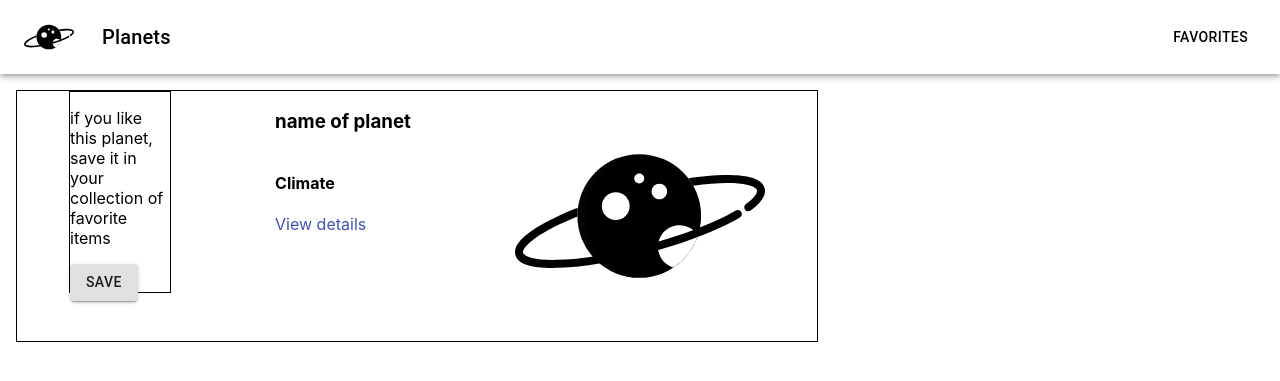
Repository: samridhie01/assignment
Page: /
These files come from the project's save history. The page is drawn as it stood at one moment and after the next save; the edit follows.
The browser window is 1280 px wide. The pictures show the whole page.
The page's requests for data from a server got no answer. The project was rebuilt for these pictures with package versions that can differ from the ones it lists, and the page was loaded fresh each time. No one was signed in, and anything a server would have sent is missing.

Above is the page before, as saved 2020-08-19 21:55:07.

### src/components/app/App.tsx
import React, { useEffect } from "react";
import axios, { AxiosResponse } from 'axios';
import { useStyles } from "./AppStyle";
import PropTypes from "prop-types";
import Header from "../header/Header";
import Planets from "../planets/Planets";



const App = () => {
  const classes = useStyles();

  useEffect( ()=>{
   const result = axios({
     method: 'GET',
     url: `https://swapi.dev/api/planets`
   }).then((response:AxiosResponse)=>{
    console.log( response.data.results);
   })



  })
  return (
    <>
    <Header />
    <Planets/>
    </>

  );
};
export default App;

### src/components/app/AppStyle.ts
import {makeStyles, createStyles, Theme} from '@material-ui/core/styles';



export const useStyles = makeStyles((theme: Theme) => createStyles({
  root: {
    flexGrow: 1,
  },
  menuButton: {
    marginRight: theme.spacing(2),
  },
  title: {
    flexGrow: 1,
  },

}));

### src/components/header/Header.tsx
import React from "react";
import AppBar from "@material-ui/core/AppBar";
import {Toolbar, makeStyles, createStyles, IconButton, Button,Theme} from "@material-ui/core";
import {ReactComponent as PlanetIcon} from "../../assets/planet.svg";
import Typography from "@material-ui/core/Typography";

const useStyles = makeStyles((theme: Theme) =>
  createStyles({
    root: {
      flexGrow: 1,
    },
    menuButton: {
      marginRight: theme.spacing(2),
    },
    title: {
      flexGrow: 1,
    },
    logo: {
       width: 50,
       height: 50
      },
  }),
);


const Header =  ()=>{
    const classes=useStyles();
return(
<AppBar color="inherit"  position="static">
    <Toolbar>
        <IconButton edge="start" className={classes.menuButton} color="inherit" aria-label="menu">
        <PlanetIcon className={classes.logo}/>
        </IconButton>
        <Typography variant="h6" className={classes.title}>
            Planets
        </Typography>
        <Button color="inherit">Favorites</Button>
    </Toolbar>
</AppBar>
)


}

export default Header;

### src/components/planets/Planets.tsx
import React from "react";
import { makeStyles } from "@material-ui/core/styles";
import { Box, Link, Button } from "@material-ui/core";
import { ReactComponent as PlanetIcon } from "../../assets/planet.svg";

const useStyles = makeStyles({
  flexContainer: {
    display: "flex",
    flexDirection: "row-reverse",
    justifyContent: "space-around"
  },
  flexContainer2: {
    display: "flex",
    flexDirection: "column"
  },

  bullet: {
    display: "inline-block",
    margin: "0 2px",
    transform: "scale(0.8)"
  },
  title: {
    fontSize: 14
  },
  pos: {
    marginBottom: 12
  }
});

export default function Planets() {
  const classes = useStyles();
  const bull = <span className={classes.bullet}>•</span>;

  return (
    <Box m={2} border={1} width={800} className={classes.flexContainer}>
      <PlanetIcon />
      <div className={classes.flexContainer2}>
        <h3>name of planet</h3>
        <h4>Climate</h4>
        <Link>View details</Link>
      </div>
      <Box border={1} width={100} height={200}>
          <p>if you like this planet, save it in your collection of favorite items</p>
          <Button variant="contained" >Save</Button>
      </Box>
    </Box>
  );
}

Loaded but not shown: public/index.html (common file); src/index.tsx (common file); src/index.css (common file); src/serviceWorker.ts (common file)

After the next save:
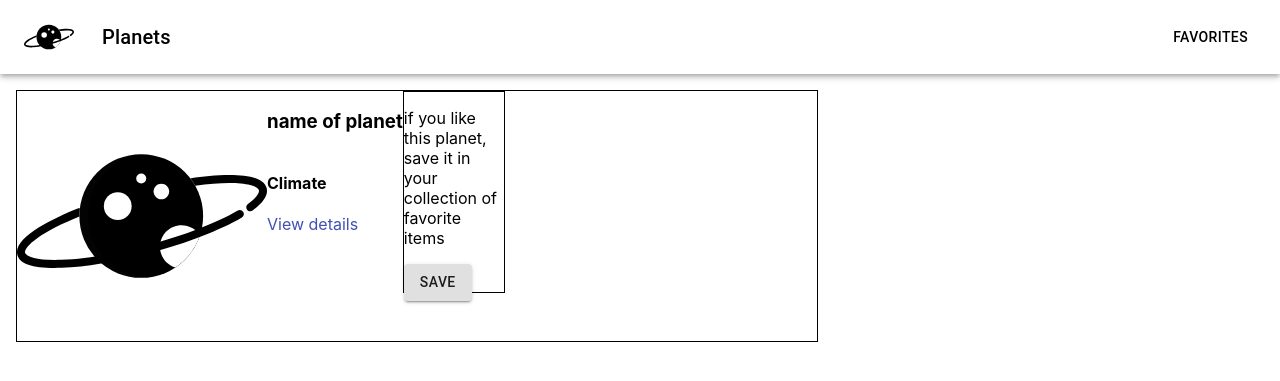
Saved 32 s later.
--- a/src/components/planets/Planets.tsx
+++ b/src/components/planets/Planets.tsx
@@ -6,8 +6,8 @@ import { ReactComponent as PlanetIcon } from "../../assets/planet.svg";
 const useStyles = makeStyles({
   flexContainer: {
     display: "flex",
-    flexDirection: "row-reverse",
-    justifyContent: "space-around"
+    flexDirection: "row",
+    justifyContent: "space-around | flex-end"
   },
   flexContainer2: {
     display: "flex",
